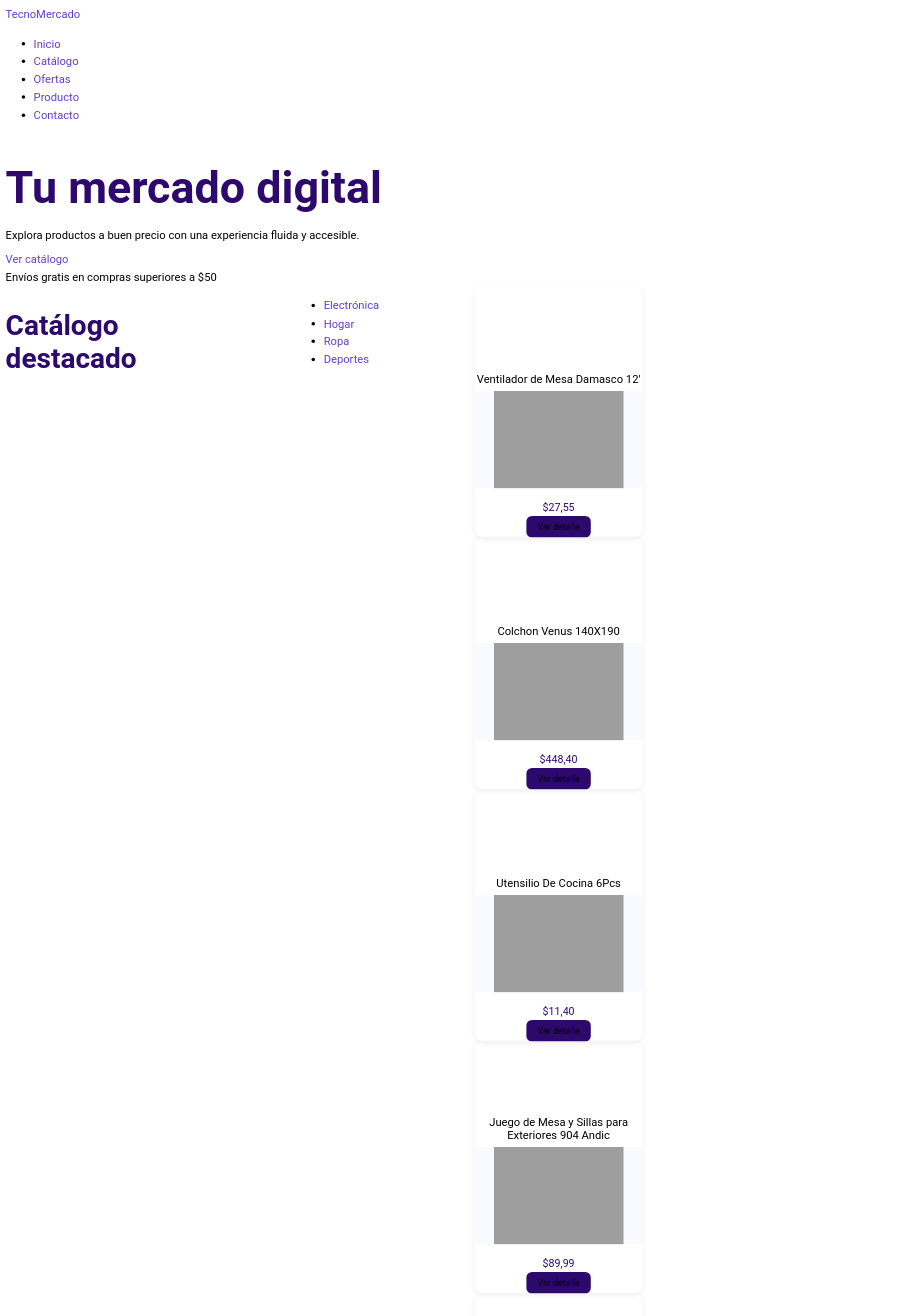
Repository: aryacarpavila/lab02_web
Page: index.html
These files come from the project's save history. The page is drawn as it stood at one moment and after the next save; the edit follows.
The browser window is 1280 px wide. The page is 1304 px wide, so the pictures cover 1304 px, including what lies to the right of the window. The pictures show the part of the page from y = 0 to 1880 px (the page is 4209 px tall), at 70% of full size.
Pictures or frames that could not be fetched are drawn as grey boxes.

Above is the page before, as saved 2025-11-11 19:09:53.

### index.html
<!DOCTYPE html>
<html lang="es">
  <head>
    <meta charset="utf-8" />
    <meta name="viewport" content="width=device-width, initial-scale=1" />
    <meta name="description" content="TecnoMercado · Laboratorio 2" />
    <title>TecnoMercado · Plantilla (Lab 2)</title>

    <link rel="stylesheet" href="assets/css/base.css">
    <link rel="stylesheet" href="assets/css/layout.css">
    <link rel="stylesheet" href="assets/css/components.css">
    <link rel="stylesheet" href="assets/css/animations.css">
    <style>
      .text-center {
        text-align: center;
      }
    </style>
  </head>
  <body>
    <!-- HEADER: site branding and primary navigation -->
    <header role="banner">
      <div>
        <a href="#">TecnoMercado</a>
        <nav>
          <ul>
            <li><a href="#inicio">Inicio</a></li>
            <li><a href="#catalogo">Catálogo</a></li>
            <li><a href="#ofertas">Ofertas</a></li>
            <li><a href="#producto">Producto</a></li>
            <li><a href="#contacto">Contacto</a></li>
          </ul>
        </nav>
      </div>
    </header>

    <!-- MAIN: page content wrapper -->
    <main role="main">
      <!-- HERO: landing intro and promotional notice -->
      <section>
        <div>
          <div>
            <h1>Tu mercado digital</h1>
            <p>Explora productos a buen precio con una experiencia fluida y accesible.</p>
            <a href="#catalogo">Ver catálogo</a>
          </div>
          <div></div>
        </div>
        <div>Envíos gratis en compras superiores a $50</div>
      </section>

      <!-- CATALOG: category links and featured products grid -->
      <section>
        <div>
          <h2>Catálogo destacado</h2>
          <ul>
            <li><a href="#">Electrónica</a></li>
            <li><a href="#">Hogar</a></li>
            <li><a href="#">Ropa</a></li>
            <li><a href="#">Deportes</a></li>
          </ul>

          <div>
            <article tabindex="0">
              <div></div>
              <div>
                <h3>Ventilador de Mesa Damasco 12'</h3>
                <img src="https://damasco.vtexassets.com/arquivos/ids/157553-1200-auto?v=638961572051200000&width=1200&height=auto&aspect=true" alt="Ventilador Damasco" width="300">
                <p>$27,55</p>
                <button>Ver detalle</button>
              </div>
            </article>
            <article tabindex="0">
              <div></div>
              <div>
                <h3>Colchon Venus 140X190</h3>
                <img src="https://damasco.vtexassets.com/arquivos/ids/156653-1200-auto?v=638603201011270000&width=1200&height=auto&aspect=true" alt="Colchon" width="300">
                <p>$448,40</p>
                <button>Ver detalle</button>
              </div>
            </article>
            <article tabindex="0">
              <div></div>
              <div>
                <h3>Utensilio De Cocina 6Pcs</h3>
                <img src="https://damasco.vtexassets.com/arquivos/ids/156211-1200-auto?v=638524394013470000&width=1200&height=auto&aspect=true" alt="Utensilios" width="300">
                <p>$11,40</p>
                <button>Ver detalle</button>
              </div>
            </article>
            <article tabindex="0">
              <div></div>
              <div>
                <h3>Juego de Mesa y Sillas para Exteriores 904 Andic</h3>
                <img src="https://totalmundo.vtexassets.com/arquivos/ids/188250-1600-auto?v=638708155339070000&width=1600&height=auto&aspect=true" alt="Juego de mesas" width="300">
                <p>$89,99</p>
                <button>Ver detalle</button>
              </div>
            </article>
            <article tabindex="0">
              <div></div>
              <div>
                <h3>Cesta Circular para Ropa Andic BK59</h3>
                <img src="https://totalmundo.vtexassets.com/arquivos/ids/184221-1600-auto?v=638676304923270000&width=1600&height=auto&aspect=true" alt="Cesta de ropa" width="300">
                <p>$6,99</p>
                <button>Ver detalle</button>
              </div>
            </article>
            <article tabindex="0">
              <div></div>
              <div>
                <h3>Máquina de dulces cuadrada moderna</h3>
                <img src="https://ae01.alicdn.com/kf/S90d94c095b9e4ca5ae8318b18da998542.jpg" alt="Maquina de dulces" width="300">
                <p>$12.46</p>
                <button>Ver detalle</button>
              </div>
            </article>
          </div>
        </div>
      </section>

      <!-- OFFERS: seasonal deals and promotions -->
      <section>
        <div>
          <h2>Ofertas de temporada</h2>
          <div>
            <div>
              <span>-20%</span>
              <h3>Audio y Sonido</h3>
              <p>Descuento en accesorios seleccionados.</p>
              <a href="#">Comprar</a>
            </div>
            <div>
              <span>-30%</span>
              <h3>Cocina</h3>
              <p>Mejora tu espacio con precios especiales.</p>
              <a href="#">Comprar</a>
            </div>
            <div>
              <span>-15%</span>
              <h3>Deportes</h3>
              <p>Equípate para tu próxima meta.</p>
              <a href="#">Comprar</a>
            </div>
          </div>
        </div>
      </section>

      <!-- PRODUCT: single product detail section -->
      <section>
        <div>
          <div aria-hidden="true"></div>
          <div>
            <h2>Auriculares inalámbricos</h2>
            <p>Modelo X120 · Bluetooth 5.0 · Cancelación de ruido</p>
            <p>Sonido envolvente, autonomía de 20h y carga rápida USB‑C. Diseño ergonómico para uso prolongado.</p>
            <ul>
              <li>Batería: 20h</li>
              <li>Conectividad: BT 5.0</li>
              <li>Garantía: 12 meses</li>
            </ul>
            <div>
              <span>$49.90</span>
              <button>Agregar al carrito</button>
            </div>
          </div>
        </div>
      </section>

      <!-- CONTACT: contact form -->
      <section>
        <div>
          <h2>Contacto</h2>
          <form action="#" method="post">
            <div>
              <label for="nombre">Nombre</label>
              <input id="nombre" name="nombre" type="text" placeholder="Tu nombre" />
            </div>
            <div>
              <label for="email">Email</label>
              <input id="email" name="email" type="email" placeholder="tucorreo@dominio.com" />
            </div>
            <div>
              <label for="asunto">Asunto</label>
              <input id="asunto" name="asunto" type="text" placeholder="Motivo del mensaje" />
            </div>
            <div>
              <label for="mensaje">Mensaje</label>
              <textarea id="mensaje" name="mensaje" rows="5" placeholder="Escribe tu consulta"></textarea>
            </div>
            <div>
              <button type="reset">Limpiar</button>
              <button type="submit">Enviar</button>
            </div>
          </form>
        </div>
      </section>
    </main>

    <!-- FOOTER: site footer with secondary navigation -->
    <footer role="contentinfo">
      <div>
        <div>
          <h3>TecnoMercado</h3>
          <p>E-commerce de referencia con envíos en 24-48h.</p>
        </div>
        <nav aria-label="Secundaria">
          <ul>
            <li><a href="#">Términos</a></li>
            <li><a href="#">Privacidad</a></li>
            <li><a href="#">Soporte</a></li>
          </ul>
        </nav>
        <div>
          <a href="#inicio">Volver arriba</a>
        </div>
      </div>
    </footer>
  </body>
</html>

### assets/css/components.css
/*
  components.css
  - Botones (primario, outline), estados hover/focus
  - Cards de producto y ofertas, sombras y radios
  - Listas de categorías y enlaces auxiliares
  - Formulario de contacto: inputs, labels, textarea, validaciones
  - Selectores de atributo, pseudo-clases y pseudo-elementos
*/

/*
  components.css
  - Estilos de componentes reutilizables como tarjetas de producto, botones de contorno, etc.
*/

/* =========================================================
   COMPONENTES: Tarjetas de productos, botones y formularios
   ========================================================= */

/* === GRID DE PRODUCTOS (4 por fila) === */
section:nth-of-type(2) > div:not(.catalogo-destacado) {
  display: grid;
  grid-template-columns: repeat(4, 1fr); /* 🔹 4 tarjetas por hilera */
  gap: var(--spacing-md);
  justify-items: center;
  align-items: start;
  margin-top: var(--spacing-md);
  padding: var(--spacing-md);
}

/* === TARJETAS DE PRODUCTOS === */
/* === TARJETAS DE PRODUCTOS === */
article {
  width: 100%;
  max-width: 240px;
  background-color: var(--color-white);
  border-radius: 12px;
  box-shadow: 0 2px 8px rgba(0, 0, 0, 0.08);
  overflow: hidden;
  transition: transform 0.2s ease, box-shadow 0.2s ease;
  text-align: center;
  padding: var(--spacing-sm);

  /* 🔹 Asegura que todas tengan el mismo alto visual */
  display: flex;
  flex-direction: column;
  justify-content: space-between;
  height: 360px; /* Puedes ajustar este valor según tu diseño */
}

article:hover {
  transform: translateY(-4px);
  box-shadow: 0 4px 16px rgba(0, 0, 0, 0.12);
}

/* Imagen dentro de la tarjeta */
article img {
  width: 100%;
  height: 140px; /* 🔹 Altura fija para todas las imágenes */
  object-fit: contain; /* 🔹 Mantiene proporción sin recortar */
  margin-bottom: var(--spacing-sm);
  background-color: #f8faff;
  border-radius: 8px;
}


/* Título del producto */
article h3 {
  font-size: 1rem;
  color: var(--color-text);
  margin-top: var(--spacing-sm);
  margin-bottom: 0.4rem;
  font-weight: var(--font-weight-bold);
}

/* Precio */
article p {
  font-size: 0.95rem;
  font-weight: var(--font-weight-bold);
  color: var(--color-primary);
  margin-bottom: var(--spacing-sm);
}

/* Botón dentro de la tarjeta */
article button {
  background-color: var(--color-primary);
  border: 1px solid var(--color-background-dark);
  color: var(--color-white);
  padding: 0.5rem 1rem;
  font-size: 0.8rem;
  border-radius: 8px;
  cursor: pointer;
  transition: all 0.2s ease;
}

article button:hover {
  background-color: var(--color-secondary);
  border-color: var(--color-primary);
}

/* === BOTONES PRINCIPALES === */
.boton {
  display: inline-block;
  background-color: var(--color-primary);
  color: var(--color-white);
  padding: 0.6rem 1.2rem;
  border-radius: 8px;
  text-transform: uppercase;
  font-weight: var(--font-weight-bold);
  letter-spacing: 0.5px;
  transition: background-color 0.3s ease;
}

.boton:hover {
  background-color: var(--color-secondary);
}

/* === OFERTAS DE TEMPORADA === */
.ofertas-temporada {
  background: linear-gradient(90deg,rgba(26, 9, 63, 1) 0%, rgba(45, 9, 109, 1) 50%, rgba(93, 63, 211, 1) 100%);
  padding: var(--spacing-lg) var(--spacing-md);
  color: var(--color-white);
}

.ofertas-container {
  max-width: 1200px;
  margin: 0 auto;
  text-align: center;
}

.ofertas-container h2 {
  font-size: 1.8rem;
  font-weight: var(--font-weight-bold);
  margin-bottom: 2rem;
  color: var(--color-white);
}

/* === GRID === */
.ofertas-grid {
  display: grid;
  grid-template-columns: repeat(auto-fit, minmax(260px, 1fr));
  gap: var(--spacing-md);
}

/* === TARJETAS === */
.oferta-card {
  position: relative;
  background-color: var(--color-white);
  color: var(--color-text);
  border-radius: 16px;
  padding: 1.5rem 1.2rem;
  text-align: left;
  box-shadow: 0 4px 12px rgba(0, 0, 0, 0.15);
  transition: transform 0.25s ease, box-shadow 0.25s ease;
}

.oferta-card:hover {
  transform: translateY(-6px);
  box-shadow: 0 8px 20px rgba(0, 0, 0, 0.25);
}

/* === CÍRCULO DE DESCUENTO === */
.oferta-descuento {
  position: absolute;
  top: 12px;
  right: 12px;
  background-color: var(--color-primary);
  color: var(--color-white);
  font-weight: var(--font-weight-bold);
  font-size: 0.85rem;
  border-radius: 50%;
  width: 40px;
  height: 40px;
  display: flex;
  align-items: center;
  justify-content: center;
}

/* === TEXTO DE LA TARJETA === */
.oferta-card h3 {
  font-size: 1.1rem;
  font-weight: var(--font-weight-bold);
  margin-bottom: 0.5rem;
}

.oferta-card p {
  font-size: 0.9rem;
  color: var(--color-text);
  margin-bottom: 0.2rem;
}

/* === BOTÓN === */
.oferta-card .boton {
  background-color: var(--color-primary);
  color: var(--color-white);
  padding: 0.6rem 1.2rem;
  font-size: 0.85rem;
  border-radius: 8px;
  border: none;
  cursor: pointer;
  transition: background-color 0.3s ease;
}

.oferta-card .boton:hover {
  background-color: var(--color-secondary);
}

.producto-destacado {
  display: flex;
  align-items: center;
  justify-content: center;
  gap: 3rem;
  background: linear-gradient(135deg, #e6eeff, #ffffff);
  padding: 3rem;
  border-radius: 20px;
  margin: 3rem auto;
  max-width: 1100px;
  color: #1e293b;
  box-shadow: 0 10px 25px rgba(0, 0, 0, 0.1);
}

.producto-destacado__imagen {
  flex: 0 0 400px;
  display: flex;
  justify-content: center;
  align-items: center;
  background: linear-gradient(180deg, #f1f5ff, #f8fafc);
  border-radius: 16px;
  padding: 1.5rem;
}

.producto-destacado__imagen img {
  width: 350px;
  height: 350px;
  object-fit: contain;
  border-radius: 12px;
}

.producto-destacado__info {
  flex: 1;
  display: flex;
  flex-direction: column;
  justify-content: center;
  gap: 0.8rem;
}

.producto-destacado__info h2 {
  font-size: 1.8rem;
  font-weight: 700;
  color: #0f172a;
}

.producto-destacado__info p {
  font-size: 1rem;
  line-height: 1.5;
  color: #334155;
}

.producto-destacado__info ul {
  list-style: none;
  padding: 0;
  margin: 0.5rem 0;
}

.producto-destacado__info li {
  font-size: 0.95rem;
  color: #475569;
}

.producto-destacado__acciones {
  display: flex;
  align-items: center;
  gap: 1rem;
  margin-top: 1rem;
}

.producto-destacado__acciones .precio {
  font-size: 1.3rem;
  font-weight: 700;
  color: var(--color-background-dark);
}

.producto-destacado__acciones .boton {
  background-color: var(--color-secondary);
  color: var(--color-white);
  padding: 0.6rem 1.2rem;
  border-radius: 8px;
  border: none;
  cursor: pointer;
  transition: background-color 0.3s ease;
}

.producto-destacado__acciones .boton:hover {
  background-color: var(--color-secondary);
}

@media (max-width: 900px) {
  .producto-destacado {
    flex-direction: column;
    text-align: center;
  }

  .producto-destacado__info {
    text-align: center;
  }
}



/* ---------------------------------------------------------------------- */
/* 1. Estilos de Formulario (Input y Textarea)                           */
/* ---------------------------------------------------------------------- */

main section:nth-of-type(5) label {
    font-weight: var(--font-weight-semibold);
    color: var(--color-text);
    margin-bottom: var(--spacing-xs);
    font-size: 1.1rem; /* Un poco más grande para el título del campo */
}

main section:nth-of-type(5) input:not([type="submit"]):not([type="reset"]),
main section:nth-of-type(5) textarea {
    /* Diseño del control */
    border: 1px solid var(--border-color-input);
    border-radius: var(--border-radius-sm);
    padding: 0.75rem 1rem;
    font-size: 1rem;
    color: var(--color-text);
    width: 100%;
    /* Mantiene el tamaño del textarea fijo */
    resize: none;
    transition: border-color 0.2s;
}

main section:nth-of-type(5) input:focus,
main section:nth-of-type(5) textarea:focus {
    border-color: var(--color-primary);
    outline: none;
}


/* ---------------------------------------------------------------------- */
/* 2. Botones del Formulario (Limpiar y Enviar)                           */
/* ---------------------------------------------------------------------- */

/* Estilo para el botón "Enviar" (Submit) - Botón principal azul */
main section:nth-of-type(5) button[type="submit"] {
    background-color: var(--color-primary);
    color: var(--color-white);
    border: none;
    font-weight: var(--font-weight-semibold);
    text-transform: capitalize; /* "Enviar" en mayúscula inicial */
    cursor: pointer;

    font-size: 1rem;
    padding: 0.75rem 1.5rem;
    border-radius: var(--border-radius-sm);
    transition: all 0.2s ease;
}

main section:nth-of-type(5) button[type="submit"]:hover {
    background-color: var(--color-secondary);
    transform: translateY(-1px);
}

/* Estilo para el botón "Limpiar" (Reset) - Botón de contorno gris */
main section:nth-of-type(5) button[type="reset"] {
    background-color: var(--color-white);
    color: var(--color-text);
    border: 1px solid var(--border-color-input);
    cursor: pointer;
    font-weight: 500;
    text-transform: capitalize;

    font-size: 1rem;
    padding: 0.75rem 1.5rem;
    border-radius: var(--border-radius-sm);
    transition: all 0.2s;
}

main section:nth-of-type(5) button[type="reset"]:hover {
    background-color: var(--color-background-light);
    border-color: var(--color-text-light);
}

/* ---------------------------------------------------------------------- */
/* 3. Estilos del Footer                                                  */
/* ---------------------------------------------------------------------- */

/* Título del Footer */
footer h3 {
    font-size: 1.5rem;
    margin-bottom: var(--spacing-xs);
}

/* Enlaces de Términos/Privacidad */
footer nav ul a {
    color: var(--color-white);
    opacity: 0.8;
    transition: opacity 0.2s;
}

footer nav ul a:hover {
    opacity: 1;
    text-decoration: underline;
}

/* Botón "Volver arriba" */
footer > div > div:last-child a {
    /* Estilo de Contorno y Colores Invertidos */
    background-color: transparent;
    color: var(--color-white);
    border: 1px solid var(--color-white);
    cursor: pointer;
    font-weight: 500;
    text-transform: uppercase;
    font-size: 0.85rem;
    padding: 0.5rem 1rem;
    border-radius: var(--border-radius-sm);
    transition: all 0.2s;
    display: inline-block;
}

footer > div > div:last-child a:hover {
    background-color: rgba(255, 255, 255, 0.1);
    text-decoration: none;
}





main section:nth-of-type(5) label {
  font-weight: var(--font-weight-semibold);
  color: var(--color-text);
  margin-bottom: var(--spacing-xs);
  font-size: 1.1rem;
}

main section:nth-of-type(5) input:not([type="submit"]):not([type="reset"]),
main section:nth-of-type(5) textarea {
  border: 1px solid var(--border-color-input);
  border-radius: var(--border-radius-sm);
  padding: 0.75rem 1rem;
  font-size: 1rem;
  color: var(--color-text);
  width: 100%;
  resize: none;
  transition: border-color 0.2s;
}

main section:nth-of-type(5) input:focus,
main section:nth-of-type(5) textarea:focus {
  border-color: var(--color-primary);
  outline: none;
}

/* === BOTONES DEL FORMULARIO === */
/* Estilo para el botón "Enviar" (Submit) - Botón principal azul */
main section:nth-of-type(5) button[type="submit"] {
  background-color: var(--color-primary);
  color: var(--color-white);
  border: none;
  font-weight: var(--font-weight-semibold);
  text-transform: capitalize;
  cursor: pointer;
  font-size: 1rem;
  padding: 0.75rem 1.5rem;
  border-radius: var(--border-radius-sm);
  transition: all 0.2s ease;
}

main section:nth-of-type(5) button[type="submit"]:hover {
  background-color: var(--color-secondary);
  transform: translateY(-1px);
}

/* Estilo para el botón "Limpiar" (Reset) - Botón de contorno gris */
main section:nth-of-type(5) button[type="reset"] {
  background-color: var(--color-white);
  color: var(--color-text);
  border: 1px solid var(--border-color-input);
  cursor: pointer;
  font-weight: 500;
  text-transform: capitalize;
  font-size: 1rem;
  padding: 0.75rem 1.5rem;
  border-radius: var(--border-radius-sm);
  transition: all 0.2s;
}

main section:nth-of-type(5) button[type="reset"]:hover {
  background-color: var(--color-background-light);
  border-color: var(--color-text-light);
  transform: translateY(-1px); /* Añadir transformación para consistencia */
}

/* ---------------------------------------------------------------------- */
/* 6. ESTILOS DEL FOOTER */
/* ---------------------------------------------------------------------- */

/* Título del Footer */
footer h3 {
  font-size: 1.5rem;
  margin-bottom: var(--spacing-xs);
}

/* Enlaces de Términos/Privacidad */
footer nav ul a {
  color: var(--color-white);
  opacity: 0.8;
  transition: opacity 0.2s;
}

footer nav ul a:hover {
  opacity: 1;
  text-decoration: underline;
}

/* Botón "Volver arriba" */
footer > div > div:last-child a {
  background-color: transparent;
  color: var(--color-white);
  border: 1px solid var(--color-white);
  cursor: pointer;
  font-weight: 500;
  text-transform: uppercase;
  font-size: 0.85rem;
  padding: 0.5rem 1rem;
  border-radius: var(--border-radius-sm);
  transition: all 0.2s;
  display: inline-block;
}

footer > div > div:last-child a:hover {
  background-color: rgba(255, 255, 255, 0.1);
  text-decoration: none;
}

/* ---------------------------------------------------------------------- */
/* 7. RESPONSIVE MEDIA QUERIES */
/* ---------------------------------------------------------------------- */

@media (max-width: 900px) {
  /* Producto Destacado Responsivo */
  .producto-destacado {
    flex-direction: column;
    text-align: center;
  }

  .producto-destacado__info {
    text-align: center;
  }
}

@media (max-width: 768px) {
  /* Tarjetas de producto: 2 por fila en tabletas */
  section:nth-of-type(2) > div:not(.catalogo-destacado) {
    grid-template-columns: repeat(2, 1fr);
  }
}

@media (max-width: 480px) {
  /* Tarjetas de producto: 1 por fila en móviles */
  section:nth-of-type(2) > div:not(.catalogo-destacado) {
    grid-template-columns: 1fr;
  }

  /* Ofertas: Asegura que el contenido se vea bien en pantallas pequeñas */
  .oferta-card {
    padding: 1rem;
  }
}

### assets/css/animations.css
/*
  animations.css
  - Transiciones para hover/focus de botones, cards y enlaces
  - @keyframes para badges u otros elementos (p. ej., pulse, fadeInUp)
  - Transformaciones suaves (scale/translate) y timings accesibles
*/

Loaded but not shown: assets/css/base.css (99 lines, source omitted); assets/css/layout.css (62 lines, source omitted)

After the next save:
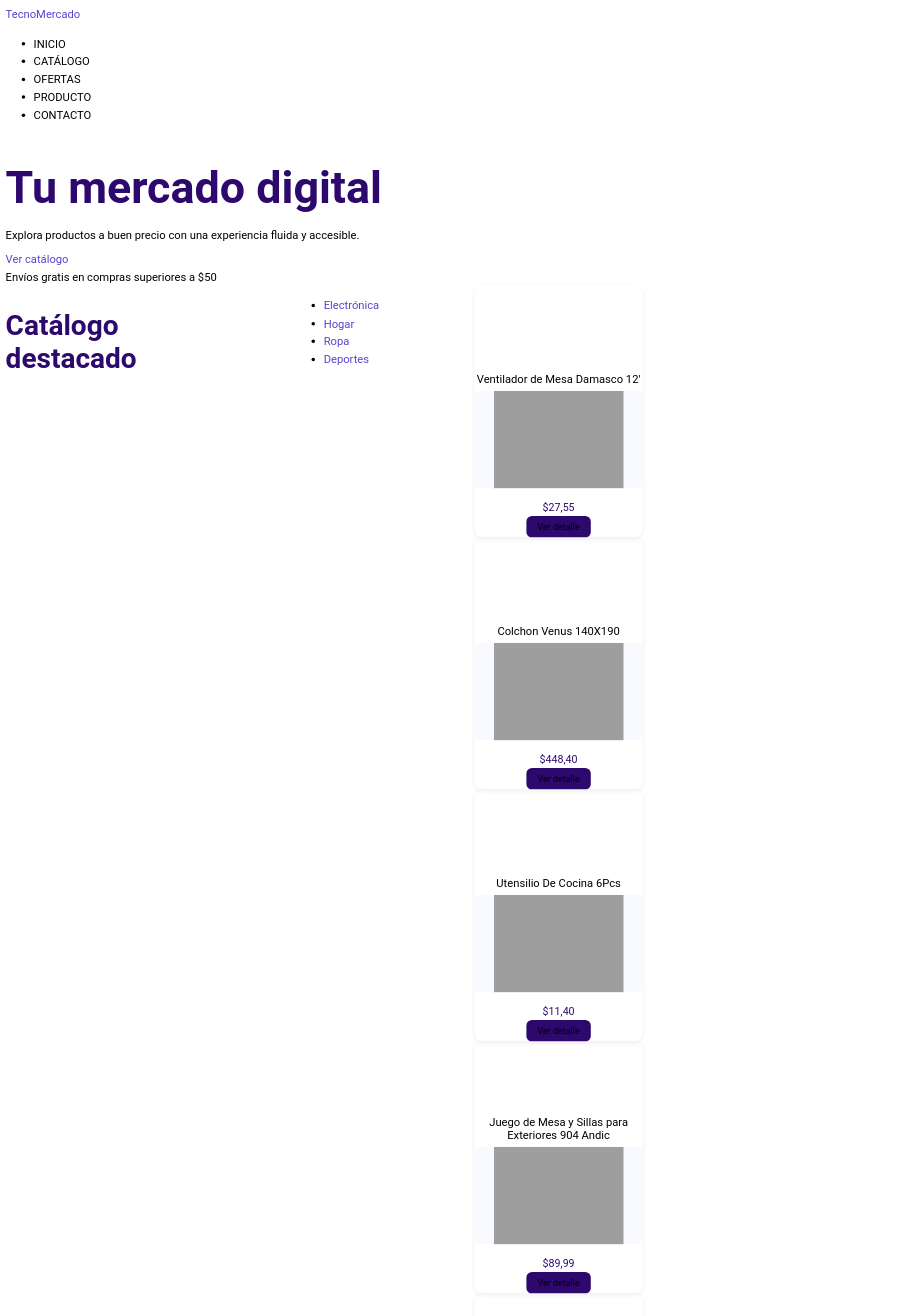
Saved 12 h 56 min later.
--- a/assets/css/components.css
+++ b/assets/css/components.css
@@ -27,7 +27,6 @@ section:nth-of-type(2) > div:not(.catalogo-destacado) {
   padding: var(--spacing-md);
 }
 
-/* === TARJETAS DE PRODUCTOS === */
 /* === TARJETAS DE PRODUCTOS === */
 article {
   width: 100%;
@@ -45,6 +44,21 @@ article {
   flex-direction: column;
   justify-content: space-between;
   height: 360px; /* Puedes ajustar este valor según tu diseño */
+}
+
+header nav a {
+  /* Estilo para los enlaces de navegación */
+  color: var(--color-text);
+  font-weight: var(--font-weight-regular);
+  text-transform: uppercase;
+  padding: var(--spacing-xs) 0;
+  border-bottom: 2px solid transparent;
+}
+
+header nav a:hover {
+  color: var(--color-primary);
+  border-bottom: 2px solid var(--color-primary);
+  text-decoration: none;
 }
 
 article:hover {
